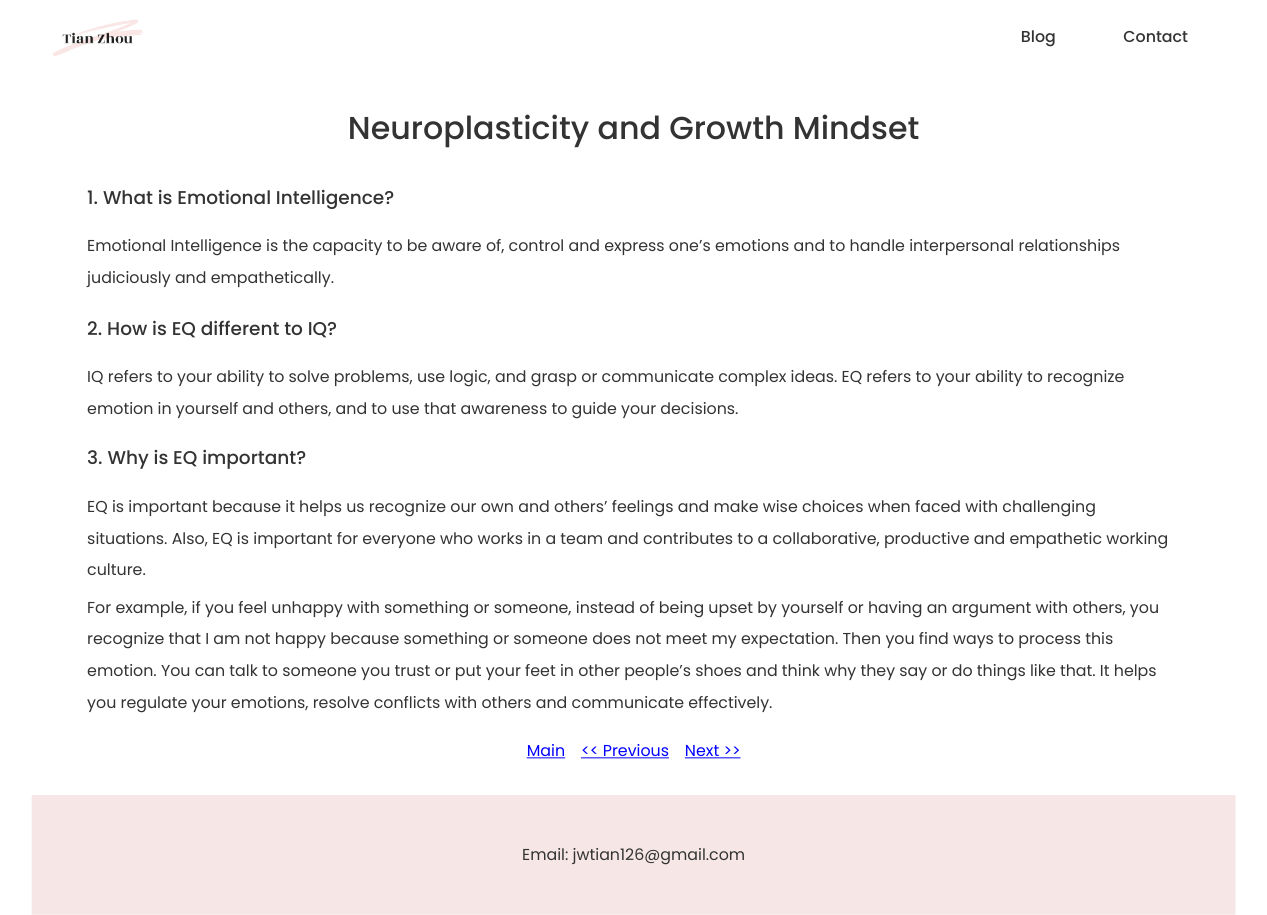
Repository: Tiaanz/Tiaanz.github.io
Page: blog/neuroplasticity.html
These files come from the project's save history. The page is drawn as it stood at one moment and after the next save; the edit follows.
The browser window is 1280 px wide. The pictures show the whole page, at 99% of full size.

Above is the page before, as saved 2023-01-30 14:25:37.

After the next save:
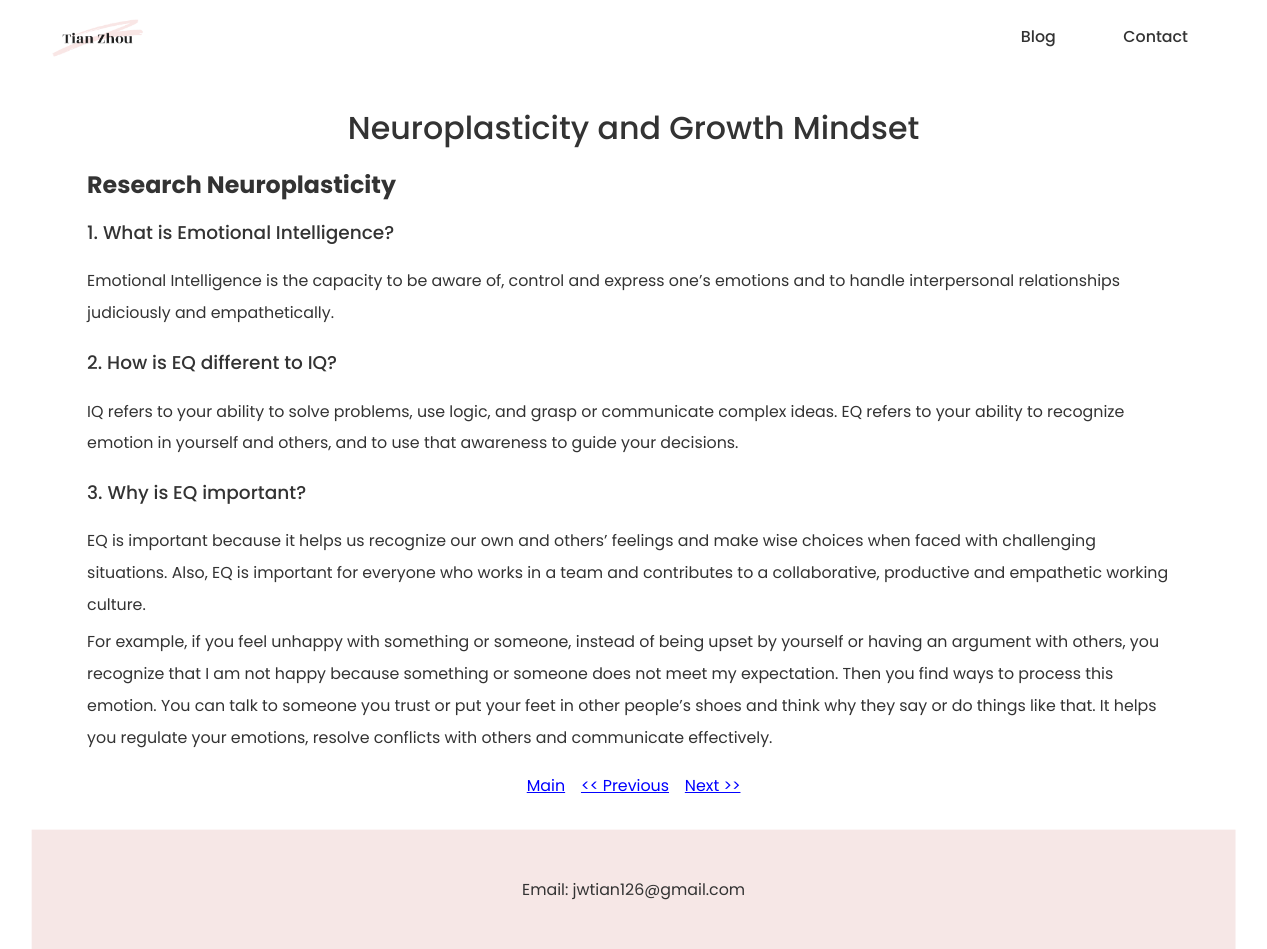
Saved 13 s later.
--- a/blog/neuroplasticity.html
+++ b/blog/neuroplasticity.html
@@ -24,7 +24,7 @@
         </header>
         <main class="main-blog">
             <h1>Neuroplasticity and Growth Mindset</h1>
-            <h2></h2>
+            <h2>Research Neuroplasticity</h2>
             <h3>1. What is Emotional Intelligence?</h3>
             <p>Emotional Intelligence is the capacity to be aware of, control and express one’s emotions and to handle interpersonal relationships judiciously and empathetically.</p>
             <h3>2. How is EQ different to IQ?</h3>
